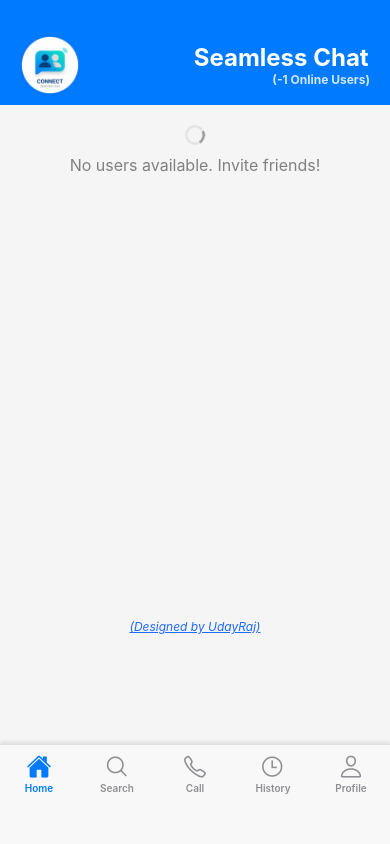
Repository: UdayRaj04/Chatapp_native
Screen: /MainTabs (app in ChatAppFrontend/)
The author's editor kept a copy of each file at every save. The screen is drawn from the files as they stood at one save, then again after the next save.
The app was drawn by React Native's web renderer in a window 390 px wide. The project was rebuilt for these pictures with package versions that can differ from the ones it lists, and the page was loaded fresh each time. Some packages were replaced by stand-ins written for this rebuild. Also part of the build but not shown: ChatAppFrontend/screens/RegisterScreen.tsx, ChatAppFrontend/screens/ChatScreen.tsx, ChatAppFrontend/screens/SearchScreen.tsx, ChatAppFrontend/screens/AnalyticsScreen.tsx, ChatAppFrontend/screens/HistoryScreen.tsx, ChatAppFrontend/screens/ProfileScreen.tsx.

Above is the screen before, as saved 2025-09-09 18:32:59.

### ChatAppFrontend/App.tsx
import 'react-native-get-random-values';  // Polyfill first
import React from 'react';
import { NavigationContainer } from '@react-navigation/native';
import { createStackNavigator } from '@react-navigation/stack';
import { createBottomTabNavigator } from '@react-navigation/bottom-tabs';
import { Ionicons } from '@expo/vector-icons';
import { LogBox, View } from 'react-native';
import { SafeAreaProvider } from 'react-native-safe-area-context';  // New: For dynamic insets

// Suppress warnings
LogBox.ignoreLogs([
  'Text strings must be rendered within a <Text> component',
  'VirtualizedList: You have a large list that is slow to initial render',
  'Require cycle:',
  /Warning: [A-Za-z ]*Text strings[A-Za-z ]*/,
]);

// Your existing screens
import LoginScreen from './screens/LoginScreen';
import RegisterScreen from './screens/RegisterScreen';
import ChatListScreen from './screens/ChatListScreen';
import ChatScreen from './screens/ChatScreen';

// Placeholder screens (ensure they exist)
import SearchScreen from './screens/SearchScreen';
import AnalyticsScreen from './screens/AnalyticsScreen';
import HistoryScreen from './screens/HistoryScreen';
import ProfileScreen from './screens/ProfileScreen';

const Stack = createStackNavigator();
const Tab = createBottomTabNavigator();

// Main Tab Navigator (enhanced with safe area for no overlap)
function MainTabs() {
  return (
    <Tab.Navigator
      screenOptions={({ route }) => ({
        tabBarIcon: ({ focused, color, size }) => {
          let iconName: keyof typeof Ionicons.glyphMap;

          if (route.name === 'Chats') {
            iconName = focused ? 'home' : 'home-outline';
          } else if (route.name === 'Search') {
            iconName = focused ? 'search' : 'search-outline';
          } else if (route.name === 'Call') {
            iconName = focused ? 'call' : 'call-outline';
          } else if (route.name === 'History') {
            iconName = focused ? 'time' : 'time-outline';
          } else {
            iconName = focused ? 'person' : 'person-outline';
          }

          return <Ionicons name={iconName} size={size} color={color} />;
        },
        tabBarActiveTintColor: '#007AFF',
        tabBarInactiveTintColor: '#8e8e93',
        tabBarStyle: {
          backgroundColor: '#f8f8f8',
          borderTopWidth: 0.5,
          borderTopColor: '#e0e0e0',
          elevation: 8,
          shadowColor: '#000',
          shadowOffset: { width: 0, height: -2 },
          shadowOpacity: 0.1,
          shadowRadius: 4,
          height: 100,  // Increased: Taller tab bar (60 was too tight; 70 + labels)
          paddingBottom: 50,  // Reduced top padding for balance
          paddingTop: 5,
          position: 'absolute',  // Explicit: Ensures absolute positioning
          bottom: 0,  // Pin to bottom
          left: 0,
          right: 0,
          marginBottom: 0,  // No extra margin
        },
        tabBarLabelStyle: {
          fontSize: 10,
          fontWeight: '600',
          marginBottom: 0,  // Tight labels
        },
        headerShown: false,
        lazy: true,
        // New: Apply safe area padding to tab screens (prevents overlap)
        cardStyle: { paddingBottom: 0 },  // No extra card padding
      })}
    >
      <Tab.Screen name="Chats" component={ChatListScreen} options={{ title: 'Home' }} />
      <Tab.Screen name="Search" component={SearchScreen} options={{ title: 'Search' }} />
      <Tab.Screen name="Call" component={AnalyticsScreen} options={{ title: 'Call' }} />
      <Tab.Screen name="History" component={HistoryScreen} options={{ title: 'History' }} />
      <Tab.Screen name="Profile" component={ProfileScreen} options={{ title: 'Profile' }} />
    </Tab.Navigator>
  );
}

// Main App - Wrapped in SafeAreaProvider
export default function App() {
  return (
    <SafeAreaProvider>  {/* New: Enables useSafeAreaInsets() */}
      <View style={{ flex: 1 }}>
        <NavigationContainer>
          <Stack.Navigator
            initialRouteName="Login"
            screenOptions={{
              headerShown: false,
              cardStyle: { backgroundColor: '#f5f5f5' },
            }}
          >
            <Stack.Screen name="Login" component={LoginScreen} />
            <Stack.Screen name="Register" component={RegisterScreen} />
            <Stack.Screen name="MainTabs" component={MainTabs} />
            <Stack.Screen
              name="Chat"
              component={ChatScreen}
              options={{
                headerShown: false,
                headerTitle: 'Chat',
                headerStyle: { backgroundColor: '#007AFF' },
                headerTintColor: '#fff',
                presentation: 'modal',
                // Hide tabs in chat to avoid overlap
                tabBarStyle: { display: 'none' },
              }}
            />
          </Stack.Navigator>
        </NavigationContainer>
      </View>
    </SafeAreaProvider>
  );
}

### ChatAppFrontend/screens/LoginScreen.tsx
import React, { useState } from 'react';
import {
  View,
  TextInput,
  TouchableOpacity,
  Text,
  StyleSheet,
  Alert,
  ActivityIndicator,
  KeyboardAvoidingView,
  Platform,
  Image,  // New: For logo
} from 'react-native';
import { Ionicons } from '@expo/vector-icons';  // For input icons
import { useSafeAreaInsets } from 'react-native-safe-area-context';  // For insets (provider in App.tsx)
import { useNavigation } from '@react-navigation/native';  // For navigation
import AsyncStorage from '@react-native-async-storage/async-storage';
import axios, { AxiosError } from 'axios';

const API_BASE = 'http://192.168.29.93:5000/api';

interface LoginResponse {
  token: string;
  user: {
    id?: string;
    _id?: string;
    username: string;
    email: string;
  };
}

export default function LoginScreen() {
  const [email, setEmail] = useState<string>('');
  const [password, setPassword] = useState<string>('');
  const [loading, setLoading] = useState<boolean>(false);
  const [emailError, setEmailError] = useState<string>('');
  const [passwordError, setPasswordError] = useState<string>('');
  const navigation = useNavigation<any>();
  const insets = useSafeAreaInsets();  // Use insets from root provider

  const validateEmail = (email: string): boolean => {
    const emailRegex = /^[^\s@]+@[^\s@]+\.[^\s@]+$/;
    if (!email) {
      setEmailError('Email is required');
      return false;
    }
    if (!emailRegex.test(email)) {
      setEmailError('Invalid email format');
      return false;
    }
    setEmailError('');
    return true;
  };

  const validatePassword = (password: string): boolean => {
    if (!password) {
      setPasswordError('Password is required');
      return false;
    }
    if (password.length < 6) {
      setPasswordError('Password must be at least 6 characters');
      return false;
    }
    setPasswordError('');
    return true;
  };

  const handleLogin = async (): Promise<void> => {
    if (!validateEmail(email) || !validatePassword(password)) return;

    setLoading(true);
    try {
      const response = await axios.post<LoginResponse>(`${API_BASE}/auth/login`, {
        email,
        password,
      });
      await AsyncStorage.setItem('token', response.data.token);
      await AsyncStorage.setItem('user', JSON.stringify(response.data.user));
      navigation.replace('MainTabs');  // Navigate to tabs on success
    } catch (err) {
      const error = err as AxiosError;
      Alert.alert('Login Failed', error.response?.data?.error || 'Invalid credentials');
    } finally {
      setLoading(false);
    }
  };

  return (
    <KeyboardAvoidingView
      style={[styles.container, { paddingTop: insets.top }]}
      behavior={Platform.OS === 'ios' ? 'padding' : 'height'}
      enabled={true}
    >
      {/* Title with Logo */}
      <View style={styles.titleContainer}>
        {/* New: Bigger Logo */}
        <Image
          source={require('../assets/logos.png')}  // Adjust path if needed (e.g., '../../assets/logo.png')
          style={styles.logo}
          resizeMode="contain"
        />
        <Text style={styles.title}>Seamless Chat</Text>
        <Text style={styles.subtitle}>Welcome back! Sign in to continue</Text>
      </View>

      {/* Form */}
      <View style={styles.formContainer}>
        {/* Email Input */}
        <View style={styles.inputContainer}>
          <Ionicons name="mail" size={24} color="#999" style={styles.inputIcon} />
          <TextInput
            style={[styles.input, emailError ? styles.inputError : null]}
            value={email}
            onChangeText={(text) => {
              setEmail(text);
              if (emailError) validateEmail(text);
            }}
            placeholder="Email"
            keyboardType="email-address"
            autoCapitalize="none"
            onBlur={() => validateEmail(email)}
          />
        </View>
        {emailError ? <Text style={styles.errorText}>{emailError}</Text> : null}

        {/* Password Input */}
        <View style={styles.inputContainer}>
          <Ionicons name="lock-closed" size={24} color="#999" style={styles.inputIcon} />
          <TextInput
            style={[styles.input, passwordError ? styles.inputError : null]}
            value={password}
            onChangeText={(text) => {
              setPassword(text);
              if (passwordError) validatePassword(text);
            }}
            placeholder="Password"
            secureTextEntry={true}
            onBlur={() => validatePassword(password)}
          />
        </View>
        {passwordError ? <Text style={styles.errorText}>{passwordError}</Text> : null}

        {/* Login Button */}
        <TouchableOpacity
          style={[styles.button, loading ? styles.buttonDisabled : null]}
          onPress={handleLogin}
          disabled={loading}
          activeOpacity={0.7}
        >
          {loading ? (
            <ActivityIndicator size="small" color="#fff" />
          ) : (
            <Text style={styles.buttonText}>Login</Text>
          )}
        </TouchableOpacity>

        {/* Register Link */}
        <TouchableOpacity
          style={styles.linkContainer}
          onPress={() => navigation.navigate('Register')}
        >
          <Text style={styles.linkText}>Don't have an account? Register</Text>
        </TouchableOpacity>
      </View>
    </KeyboardAvoidingView>
  );
}

const styles = StyleSheet.create({
  container: {
    flex: 1,
    backgroundColor: '#f5f5f5',
    justifyContent: 'center',
    alignItems: 'center',
  },
  titleContainer: {
    alignItems: 'center',
    marginBottom: 50,  // Increased: More space after logo/title to form
  },
  // New: Logo Style (Bigger, Centered)
  logo: {
    width: 120,  // Bigger size - adjust as needed (e.g., 100 for smaller)
    height: 120,
    marginBottom: 20,  // Space between logo and title
    alignSelf: 'center',
  },
  title: {
    fontSize: 32,
    fontWeight: 'bold',
    color: '#333',
    marginBottom: 5,
  },
  subtitle: {
    fontSize: 16,
    color: '#666',
    textAlign: 'center',
  },
  formContainer: {
    width: '85%',  // Responsive width
    alignItems: 'center',
  },
  inputContainer: {
    flexDirection: 'row',
    alignItems: 'center',
    backgroundColor: '#fff',
    borderRadius: 10,
    marginBottom: 15,
    paddingHorizontal: 15,
    elevation: 2,
    shadowColor: '#000',
    shadowOffset: { width: 0, height: 1 },
    shadowOpacity: 0.1,
    shadowRadius: 2,
    width: '100%',
  },
  inputIcon: {
    marginRight: 10,
  },
  input: {
    flex: 1,
    paddingVertical: 12,
    fontSize: 16,
    color: '#333',
  },
  inputError: {
    borderWidth: 1,
    borderColor: '#ff6b6b',
  },
  errorText: {
    color: '#ff6b6b',
    fontSize: 12,
    marginBottom: 10,
    alignSelf: 'flex-start',
  },
  button: {
    backgroundColor: '#007AFF',
    borderRadius: 10,
    paddingVertical: 15,
    width: '100%',
    alignItems: 'center',
    marginTop: 10,
    elevation: 2,
    shadowColor: '#007AFF',
    shadowOffset: { width: 0, height: 2 },
    shadowOpacity: 0.2,
    shadowRadius: 4,
  },
  buttonDisabled: {
    backgroundColor: '#ccc',
  },
  buttonText: {
    color: '#fff',
    fontSize: 18,
    fontWeight: 'bold',
  },
  linkContainer: {
    marginTop: 20,
    alignItems: 'center',
  },
  linkText: {
    color: '#007AFF',
    fontSize: 16,
    textDecorationLine: 'underline',
  },
});

### ChatAppFrontend/screens/ChatListScreen.tsx
import React, { useState, useEffect } from 'react';
import {
  View,
  FlatList,
  Text,
  TouchableOpacity,
  StyleSheet,
  Alert,
  ActivityIndicator,
  Image,
} from 'react-native';
import { Ionicons } from '@expo/vector-icons';  // New: For user icons (person-circle)
import { useSafeAreaInsets } from 'react-native-safe-area-context';  // From previous (for padding)
import AsyncStorage from '@react-native-async-storage/async-storage';
import axios, { AxiosError } from 'axios';
import io, { Socket } from 'socket.io-client';

const API_BASE = 'http://192.168.29.93:5000/api';

interface User {
  _id: string;
  id?: string;
  username: string;
  email: string;
}

export default function ChatListScreen({ navigation }: { navigation: any }) {
  const [users, setUsers] = useState<User[]>([]);
  const [loading, setLoading] = useState<boolean>(true);
  const [currentUser, setCurrentUser] = useState<User | null>(null);
  const [socket, setSocket] = useState<Socket | null>(null);
  const [onlineUsers, setOnlineUsers] = useState<Set<string>>(new Set());

  // Safe area for dynamic padding (from previous)
  const insets = useSafeAreaInsets();
  const bottomPadding = Math.max(120, insets.bottom + 70);

  useEffect(() => {
    loadUser();
    fetchUsers();

    const initSocket = async () => {
      const token = await AsyncStorage.getItem('token');
      if (token) {
        const newSocket = io(API_BASE.replace('/api', ''), {
          auth: { token },
        });
        setSocket(newSocket);
        newSocket.on('connect_error', () => Alert.alert('Socket Error', 'Connection failed'));

        newSocket.on('userOnline', (data) => {
          console.log('User online:', data.userId);
          setOnlineUsers((prev) => new Set([...prev, data.userId]));
        });

        newSocket.on('userOffline', (data) => {
          console.log('User offline:', data.userId);
          setOnlineUsers((prev) => {
            const newSet = new Set(prev);
            newSet.delete(data.userId);
            return newSet;
          });
        });

        newSocket.on('onlineUsersList', (data) => {
          console.log('Initial online users:', data.onlineUsers);
          setOnlineUsers(new Set(data.onlineUsers));
        });

        newSocket.on('connect', () => {
          console.log('Socket connected - requesting online users');
          newSocket.emit('getOnlineUsers');
        });
      }
    };
    initSocket();

    return () => {
      socket?.disconnect();
    };
  }, []);

  const loadUser = async (): Promise<void> => {
    const userStr = await AsyncStorage.getItem('user');
    if (userStr) {
      setCurrentUser(JSON.parse(userStr));
    }
    setLoading(false);
  };

  const fetchUsers = async (): Promise<void> => {
    const token = await AsyncStorage.getItem('token');
    if (!token) return;
    try {
      const response = await axios.get<User[]>(`${API_BASE}/users`, {
        headers: { Authorization: `Bearer ${token}` },
      });
      const validUsers = response.data.filter(u =>
        u && u.username && (u._id || u.id) && typeof u.username === 'string'
      );
      setUsers(validUsers);
    } catch (err) {
      const error = err as AxiosError;
      Alert.alert('Error', error.response?.data?.error || 'Failed to load users');
    }
  };

  const startChat = (otherUser: User): void => {
    const userId = otherUser.id || otherUser._id;
    console.log('Starting chat with userId:', userId);
    if (!userId) {
      Alert.alert('Error', 'Invalid user data');
      return;
    }
    navigation.navigate('Chat', {
      otherUserId: userId,
      otherUserName: otherUser.username,
    });
  };


  // New: Handle footer link click (open website)
      const openWebsite = async (): Promise<void> => {
        try {
          const supported = await Linking.canOpenURL(WEBSITE_URL);
          if (supported) {
            await Linking.openURL(WEBSITE_URL);
            console.log('Opened website:', WEBSITE_URL);
          } else {
            Alert.alert('Error', `Cannot open ${WEBSITE_URL}`);
          }
        } catch (err) {
          console.error('Website open error:', err);
          Alert.alert('Error', 'Unable to open website. Check your connection.');
        }
      };

  const renderUser = ({ item }: { item: User }): JSX.Element => {
    if (!item || !item.username || !(item._id || item.id)) {
      return (
        <View style={styles.userItem}>
          <View style={styles.userContent}>
            <Text style={styles.username}>Invalid user entry</Text>
          </View>
        </View>
      );
    }
    const userId = item.id || item._id;
    const isOnline = onlineUsers.has(userId);
    const userIdShort = userId.substring(0, 8) + '...';
    return (
      <TouchableOpacity onPress={() => startChat(item)} style={styles.userItem} activeOpacity={0.7}>
        <View style={styles.userContent}>
          {/* New: User icon on left */}
          <View style={styles.iconContainer}>
            <Ionicons
              name="person-circle"
              size={50}
              color={isOnline ? '#007AFF' : '#ccc'}  // Green for online, gray for offline
            />
            {/* Optional: Small online dot (green circle below icon) */}
            {isOnline && (
              <View style={styles.onlineDot} />
            )}
          </View>
          {/* Text content on right */}
          <View style={styles.textContent}>
            <Text style={styles.username}>{item.username}</Text>
            {isOnline && <Text style={styles.onlineBadge}>Online</Text>}
            <Text style={styles.idText}>{"(ID: " + userIdShort + ")"}</Text>
          </View>
        </View>
      </TouchableOpacity>
    );
  };

  const renderEmpty = (): JSX.Element => (
    <View style={[styles.emptyContainer, { paddingBottom: bottomPadding }]}>
      <ActivityIndicator size="small" color="#999" />
      <Text style={styles.emptyText}>No users available. Invite friends!</Text>
    </View>
  );

  if (loading) {
    return (
      <View style={styles.loadingContainer}>
        <ActivityIndicator size="large" color="#0000ff" />
        <Text style={styles.loadingText}>Loading chats...</Text>
      </View>
    );
  }

  return (
    <View style={styles.container}>
      <View style={{
       paddingLeft: 20,paddingRight:20, paddingBottom:10, paddingTop:35,
  flexDirection: 'row',       // 👈 Arrange items in a row
  alignItems: 'center',       // 👈 Vertically center icon & text
  backgroundColor: '#007AFF',
  justifyContent:"space-between",
}}>
  <Image
    source={require('../assets/logos.png')}
    style={{ height: 60, width: 60, marginRight: 10 }}  // 👈 space between logo & text
  />
  <View style={{ flexDirection: 'column', alignItems: 'center' }}>
  <Text style={styles.title}>
    Seamless Chat
  </Text>
  <Text style={styles.title1}>
    ({onlineUsers.size -1} Online Users)
  </Text>
  </View>
</View>
      <FlatList
        data={users}
        keyExtractor={(item, index) => (item._id || item.id || index.toString())}
        renderItem={renderUser}
        ListEmptyComponent={renderEmpty}
        contentContainerStyle={[styles.listContent, { paddingBottom: bottomPadding }]}
        style={{ flex: 1 }}
        keyboardShouldPersistTaps="handled"
        bounces={true}
        showsVerticalScrollIndicator={true}
        initialNumToRender={10}
        maxToRenderPerBatch={5}
        windowSize={10}
        removeClippedSubviews={true}
        extraData={users}
        getItemLayout={(data, index) => ({ length: 70, offset: 70 * index, index })}
      />
      {/* New: Footer Link at Bottom */}
                  <View style={styles.footer}>
                    <TouchableOpacity onPress={openWebsite} activeOpacity={0.7}>
                      <Text style={styles.footerText}>(Designed by UdayRaj)</Text>
                    </TouchableOpacity>
                  </View>
    </View>
  );
}

const styles = StyleSheet.create({
  container: {
    flex: 1,
    backgroundColor: '#f5f5f5',
  },
  title: {
    fontSize: 24,
    fontWeight: 'bold',
    padding: 0,
    color: '#ffffffff',
    textAlign: 'center',



  },
  title1: {
    marginLeft:80,
    fontSize: 12,
    fontWeight: 'bold',
    padding: 0,
    color: '#ffffffce',
    textAlign: 'center',

  },
  loadingContainer: {
    flex: 1,
    justifyContent: 'center',
    alignItems: 'center',
  },
  loadingText: {
    marginTop: 10,
    fontSize: 16,
    color: '#666',
  },
  listContent: {
    paddingHorizontal: 10,
  },
  userItem: {
    backgroundColor: '#fff',
    marginVertical: 5,
    marginHorizontal: 10,
    borderRadius: 10,
    padding: 15,
    elevation: 2,
    shadowColor: '#000',
    shadowOffset: { width: 0, height: 1 },
    shadowOpacity: 0.2,
    shadowRadius: 1.41,
    // New: Taller for icon row
    minHeight: 70,
  },
  userContent: {
    flex: 1,
    flexDirection: 'row',  // New: Row for icon + text
    alignItems: 'center',  // New: Vertical center
  },
  // New: Icon container (left side)
  iconContainer: {
    marginRight: 15,  // Space between icon and text
    position: 'relative',  // For online dot positioning
  },
  // New: Text content wrapper (right side)
  textContent: {
    flex: 1,  // Take remaining space
    flexDirection: 'column',  // Stack username, badge, ID
    justifyContent: 'flex-start',
  },
  username: {
    fontSize: 18,
    fontWeight: 'bold',
    marginBottom: 2,  // Small space before badge/ID
  },
  onlineBadge: {
    fontSize: 12,
    color: '#007AFF',
    fontWeight: 'bold',
    marginBottom: 2,
  },
  idText: {
    fontSize: 12,
    color: 'gray',
  },
  // New: Online status dot (small green circle under icon)
  onlineDot: {
    position: 'absolute',
    bottom: 0,
    right: 0,
    width: 12,
    height: 12,
    borderRadius: 6,
    backgroundColor: '#007AFF',
    borderWidth: 2,
    borderColor: '#fff',  // White border for visibility
  },
  emptyContainer: {
    justifyContent: 'center',
    alignItems: 'center',
    padding: 20,
  },
  emptyText: {
    fontSize: 16,
    color: 'gray',
    textAlign: 'center',
    marginTop: 10,
  },


  // New: Footer Styles (Bottom Link)
  footer: {
    alignItems: 'center',
    paddingTop: 10,
    paddingBottom: 10,  // Extra space above (will add insets.bottom dynamically)
    backgroundColor: '#f5f5f5',  // Matches container
    marginBottom:200,
  },
  footerText: {
    fontSize: 12,
    color: '#1f6affff',
    fontStyle: 'italic',
    textAlign: 'center',
    textDecorationLine: 'underline',  // Underline for link feel
  },
});

Loaded but not shown: ChatAppFrontend/index.ts (common file)

After the next save:
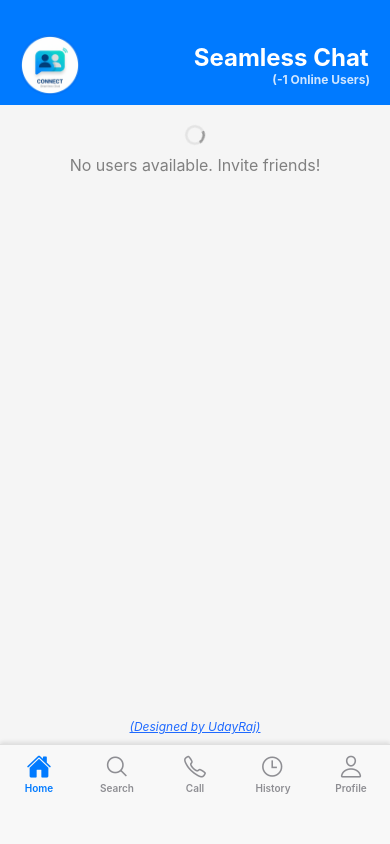
Saved 5 s later.
--- a/ChatAppFrontend/screens/ChatListScreen.tsx
+++ b/ChatAppFrontend/screens/ChatListScreen.tsx
@@ -352,7 +352,7 @@ const styles = StyleSheet.create({
     paddingTop: 10,
     paddingBottom: 10,  // Extra space above (will add insets.bottom dynamically)
     backgroundColor: '#f5f5f5',  // Matches container
-    marginBottom:200,
+    marginBottom:100,
   },
   footerText: {
     fontSize: 12,
